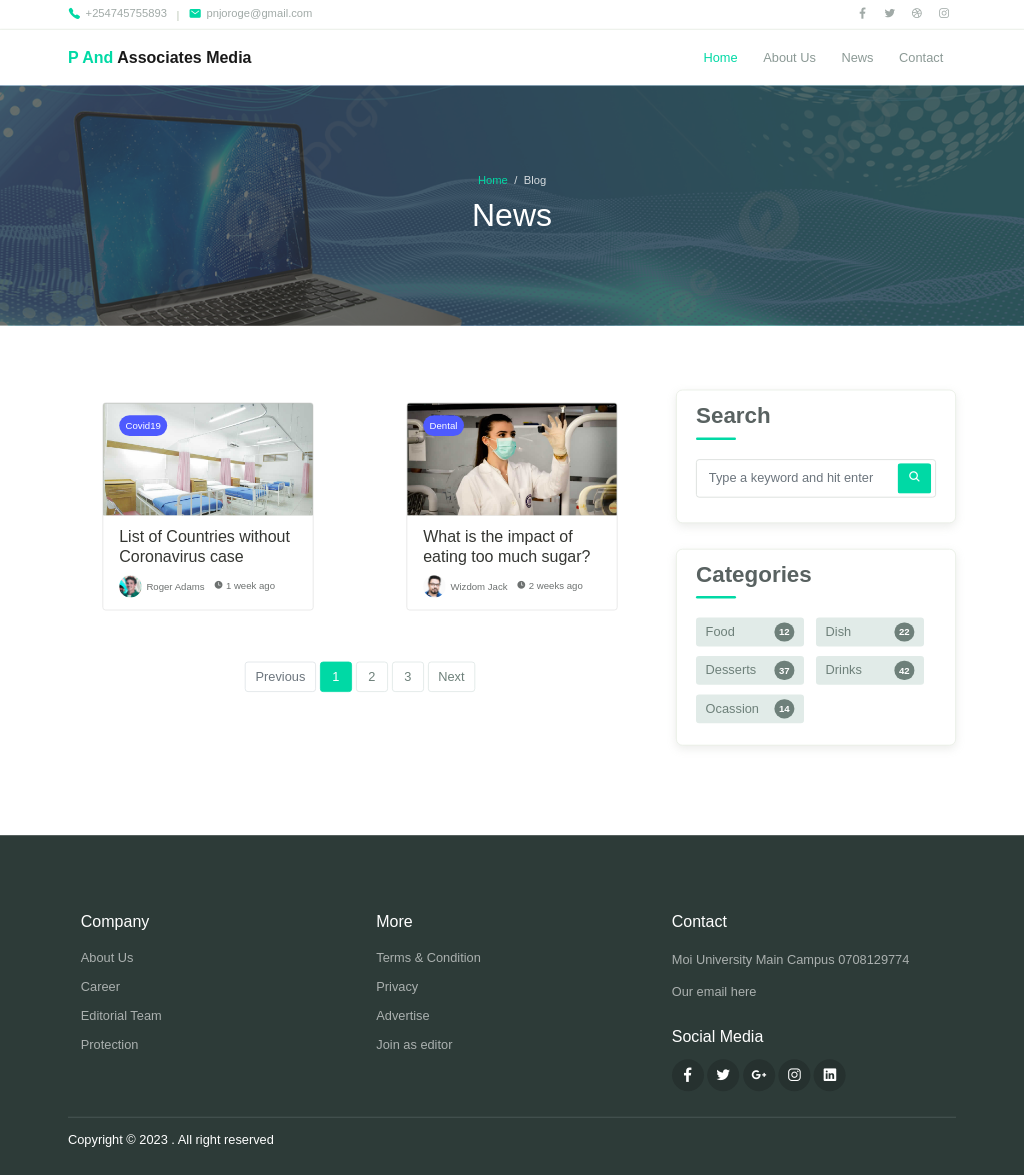
Repository: profbkmurage/myWeb
Page: html/blog.html
An editor plug-in stored every save of this project. The page is shown before and after the next save, followed by the edit.
The browser window is 1280 px wide. The pictures show the whole page, at 80% of full size.

Above is the page before, as saved 2023-12-11 14:21:54.

### html/blog.html
<!DOCTYPE html>
<html lang="en">
<head>
  <meta charset="UTF-8">
  <meta name="viewport" content="width=device-width, initial-scale=1.0">

  <meta http-equiv="X-UA-Compatible" content="ie=edge">

  <title>M&M Website</title>

  <link rel="stylesheet" href="../assets/css/maicons.css">

  <link rel="stylesheet" href="../assets/css/bootstrap.css">

  <link rel="stylesheet" href="../assets/vendor/owl-carousel/css/owl.carousel.css">

  <link rel="stylesheet" href="../assets/vendor/animate/animate.css">

  <link rel="stylesheet" href="../assets/css/theme.css">
</head>
<body>

  <!-- Back to top button -->
  <div class="back-to-top"></div>

  <header>
    <div class="topbar">
      <div class="container">
        <div class="row">
          <div class="col-sm-8 text-sm">
            <div class="site-info">
              <a href="tel:0745755893" ><span class="mai-call text-primary"></span> +254745755893</a>
              <span class="divider">|</span>
              <a href="#"><span class="mai-mail text-primary"></span> pnjoroge@gmail.com</a>
            </div>
          </div>
          <div class="col-sm-4 text-right text-sm">
            <div class="social-mini-button">
              <a href="#"><span class="mai-logo-facebook-f"></span></a>
              <a href="#"><span class="mai-logo-twitter"></span></a>
              <a href="#"><span class="mai-logo-dribbble"></span></a>
              <a href="#"><span class="mai-logo-instagram"></span></a>
            </div>
          </div>
        </div> <!-- .row -->
      </div> <!-- .container -->
    </div> <!-- .topbar -->

    <nav class="navbar navbar-expand-lg navbar-light shadow-sm">
      <div class="container">
        <a class="navbar-brand" href="#"><span class="text-primary">P And</span> Associates Media</a>

        <!-- <form action="#">
          <div class="input-group input-navbar">
            <div class="input-group-prepend">
              <span class="input-group-text" id="icon-addon1"><span class="mai-search"></span></span>
            </div>
            <input type="text" class="form-control" placeholder="Enter keyword.." aria-label="Username" aria-describedby="icon-addon1">
          </div>
        </form> -->

        <button class="navbar-toggler" type="button" data-toggle="collapse" data-target="#navbarSupport" aria-controls="navbarSupport" aria-expanded="false" aria-label="Toggle navigation">
          <span class="navbar-toggler-icon"></span>
        </button>

        <div class="collapse navbar-collapse" id="navbarSupport">
          <ul class="navbar-nav ml-auto">
            <li class="nav-item active">
              <a class="nav-link" href="index.html">Home</a>
            </li>
            <li class="nav-item">
              <a class="nav-link" href="about.html">About Us</a>
            </li>
            <!-- <li class="nav-item">
              <a class="nav-link" href="work.html">Our work</a>
            </li> -->
            <li class="nav-item">
              <a class="nav-link" href="blog.html">News</a>
            </li>
            <li class="nav-item">
              <a class="nav-link" href="contact.html">Contact</a>
            </li>
            <!-- <li class="nav-item">
              <a class="btn btn-primary ml-lg-3" href="#">Login / Register</a>
            </li> -->
          </ul>
        </div> <!-- .navbar-collapse -->
      </div> <!-- .container -->
    </nav>
  </header>

  <div class="page-banner overlay-dark bg-image" style="background-image: url(../assets/img/landing.jpg);">
    <div class="banner-section">
      <div class="container text-center wow fadeInUp">
        <nav aria-label="Breadcrumb">
          <ol class="breadcrumb breadcrumb-dark bg-transparent justify-content-center py-0 mb-2">
            <li class="breadcrumb-item"><a href="index.html">Home</a></li>
            <li class="breadcrumb-item active" aria-current="page">Blog</li>
          </ol>
        </nav>
        <h1 class="font-weight-normal">News</h1>
      </div> <!-- .container -->
    </div> <!-- .banner-section -->
  </div> <!-- .page-banner -->

  <div class="page-section">
    <div class="container">
      <div class="row">
        <div class="col-lg-8">
          <div class="row">
            <div class="col-sm-6 py-3">
              <div class="card-blog">
                <div class="header">
                  <div class="post-category">
                    <a href="#">Covid19</a>
                  </div>
                  <a href="blog-details" class="post-thumb">
                    <img src="../assets/img/blog/blog_1.jpg" alt="">
                  </a>
                </div>
                <div class="body">
                  <h5 class="post-title"><a href="blog-details.html">List of Countries without Coronavirus case</a></h5>
                  <div class="site-info">
                    <div class="avatar mr-2">
                      <div class="avatar-img">
                        <img src="../assets/img/person/person_1.jpg" alt="">
                      </div>
                      <span>Roger Adams</span>
                    </div>
                    <span class="mai-time"></span> 1 week ago
                  </div>
                </div>
              </div>
            </div>

            <div class="col-sm-6 py-3">
              <div class="card-blog">
                <div class="header">
                  <div class="post-category">
                    <a href="#">Dental</a>
                  </div>
                  <a href="blog-details" class="post-thumb">
                    <img src="../assets/img/blog/blog_3.jpg" alt="">
                  </a>
                </div>
                <div class="body">
                  <h5 class="post-title"><a href="blog-details.html">What is the impact of eating too much sugar?</a></h5>
                  <div class="site-info">
                    <div class="avatar mr-2">
                      <div class="avatar-img">
                        <img src="../assets/img/person/person_4.jpg" alt="">
                      </div>
                      <span>Wizdom Jack</span>
                    </div>
                    <span class="mai-time"></span> 2 weeks ago
                  </div>
                </div>
              </div>
            </div>

            <div class="col-12 my-5">
              <nav aria-label="Page Navigation">
                <ul class="pagination justify-content-center">
                  <li class="page-item disabled">
                    <a class="page-link" href="#" tabindex="-1" aria-disabled="true">Previous</a>
                  </li>
                  <li class="page-item active" aria-current="page">
                    <a class="page-link" href="#">1 <span class="sr-only">(current)</span></a>
                  </li>
                  <li class="page-item">
                    <a class="page-link" href="#">2</a>
                  </li>
                  <li class="page-item"><a class="page-link" href="#">3</a></li>
                  <li class="page-item">
                    <a class="page-link" href="#">Next</a>
                  </li>
                </ul>
              </nav>
            </div>
          </div> <!-- .row -->
        </div>
        <div class="col-lg-4">
          <div class="sidebar">
            <div class="sidebar-block">
              <h3 class="sidebar-title">Search</h3>
              <form action="#" class="search-form">
                <div class="form-group">
                  <input type="text" class="form-control" placeholder="Type a keyword and hit enter">
                  <button type="submit" class="btn"><span class="icon mai-search"></span></button>
                </div>
              </form>
            </div>
            <div class="sidebar-block">
              <h3 class="sidebar-title">Categories</h3>
              <ul class="categories">
                <li><a href="#">Food <span>12</span></a></li>
                <li><a href="#">Dish <span>22</span></a></li>
                <li><a href="#">Desserts <span>37</span></a></li>
                <li><a href="#">Drinks <span>42</span></a></li>
                <li><a href="#">Ocassion <span>14</span></a></li>
              </ul>
            </div>

            <!-- <div class="sidebar-block">
              <h3 class="sidebar-title">Recent Blog</h3>
              <div class="blog-item">
                <a class="post-thumb" href="">
                  <img src="../assets/img/blog/blog_1.jpg" alt="">
                </a>
                <div class="content">
                  <h5 class="post-title"><a href="#">Even the all-powerful Pointing has no control</a></h5>
                  <div class="meta">
                    <a href="#"><span class="mai-calendar"></span> July 12, 2018</a>
                    <a href="#"><span class="mai-person"></span> Admin</a>
                    <a href="#"><span class="mai-chatbubbles"></span> 19</a>
                  </div>
                </div>
              </div>
              <div class="blog-item">
                <a class="post-thumb" href="">
                  <img src="../assets/img/blog/blog_2.jpg" alt="">
                </a>
                <div class="content">
                  <h5 class="post-title"><a href="#">Even the all-powerful Pointing has no control</a></h5>
                  <div class="meta">
                    <a href="#"><span class="mai-calendar"></span> July 12, 2018</a>
                    <a href="#"><span class="mai-person"></span> Admin</a>
                    <a href="#"><span class="mai-chatbubbles"></span> 19</a>
                  </div>
                </div>
              </div>
              <div class="blog-item">
                <a class="post-thumb" href="">
                  <img src="../assets/img/blog/blog_3.jpg" alt="">
                </a>
                <div class="content">
                  <h5 class="post-title"><a href="#">Even the all-powerful Pointing has no control</a></h5>
                  <div class="meta">
                    <a href="#"><span class="mai-calendar"></span> July 12, 2018</a>
                    <a href="#"><span class="mai-person"></span> Admin</a>
                    <a href="#"><span class="mai-chatbubbles"></span> 19</a>
                  </div>
                </div>
              </div>
            </div>

            <div class="sidebar-block">
              <h3 class="sidebar-title">Tag Cloud</h3>
              <div class="tagcloud">
                <a href="#" class="tag-cloud-link">dish</a>
                <a href="#" class="tag-cloud-link">menu</a>
                <a href="#" class="tag-cloud-link">food</a>
                <a href="#" class="tag-cloud-link">sweet</a>
                <a href="#" class="tag-cloud-link">tasty</a>
                <a href="#" class="tag-cloud-link">delicious</a>
                <a href="#" class="tag-cloud-link">desserts</a>
                <a href="#" class="tag-cloud-link">drinks</a>
              </div>
            </div>

            <div class="sidebar-block">
              <h3 class="sidebar-title">Paragraph</h3>
              <p>Lorem ipsum dolor sit amet, consectetur adipisicing elit. Ducimus itaque, autem necessitatibus voluptate quod mollitia delectus aut, sunt placeat nam vero culpa sapiente consectetur similique, inventore eos fugit cupiditate numquam!</p>
            </div> -->
          </div>
        </div>
      </div> <!--row -->
    </div> <!-- .container -->
  </div> <!-- .page-section -->

   <footer class="page-footer">
    <div class="container">
      <div class="row px-md-3">
        <div class="col-sm-6 col-lg-4 py-3">
          <h5>Company</h5>
          <ul class="footer-menu">
            <li><a href="#">About Us</a></li>
            <li><a href="#">Career</a></li>
            <li><a href="#">Editorial Team</a></li>
            <li><a href="#">Protection</a></li>
          </ul>
        </div>
        <div class="col-sm-6 col-lg-4 py-3">
          <h5>More</h5>
          <ul class="footer-menu">
            <li><a href="#">Terms & Condition</a></li>
            <li><a href="#">Privacy</a></li>
            <li><a href="#">Advertise</a></li>
            <li><a href="#">Join as editor</a></li>
          </ul>
        </div>
        <!-- <div class="col-sm-6 col-lg-3 py-3">
          <h5>Our partner</h5>
          <ul class="footer-menu">
            <li><a href="#">One-Fitness</a></li>
            <li><a href="#">One-Drugs</a></li>
            <li><a href="#">One-Live</a></li>
          </ul>
        </div> -->
        <div class="col-sm-6 col-lg-4 py-3">
          <h5>Contact</h5>
          <p class="footer-link mt-2">Moi University Main Campus</p>
          <a href="#" class="footer-link">0708129774</a>
          <a href="#" class="footer-link">Our email here</a>

          <h5 class="mt-3">Social Media</h5>
          <div class="footer-sosmed mt-3">
            <a href="#" target="_blank"><span class="mai-logo-facebook-f"></span></a>
            <a href="#" target="_blank"><span class="mai-logo-twitter"></span></a>
            <a href="#" target="_blank"><span class="mai-logo-google-plus-g"></span></a>
            <a href="#" target="_blank"><span class="mai-logo-instagram"></span></a>
            <a href="#" target="_blank"><span class="mai-logo-linkedin"></span></a>
          </div>
        </div>
      </div>

      <hr>

      <p id="copyright">Copyright &copy; 2023 . All right reserved</p>
    </div>
  </footer>

<script src="../assets/js/jquery-3.5.1.min.js"></script>

<script src="../assets/js/bootstrap.bundle.min.js"></script>

<script src="../assets/vendor/owl-carousel/js/owl.carousel.min.js"></script>

<script src="../assets/vendor/wow/wow.min.js"></script>

<script src="../assets/js/theme.js"></script>

</body>
</html>

Loaded but not shown: assets/css/bootstrap.css (library); assets/vendor/owl-carousel/css/owl.carousel.css (library); assets/vendor/animate/animate.css (library); assets/js/jquery-3.5.1.min.js (library); assets/js/bootstrap.bundle.min.js (library); assets/vendor/owl-carousel/js/owl.carousel.min.js (library); assets/vendor/wow/wow.min.js (library); assets/js/theme.js (65 lines, source omitted); assets/css/maicons.css (2634 lines, source omitted); assets/css/theme.css (1836 lines, source omitted)

After the next save:
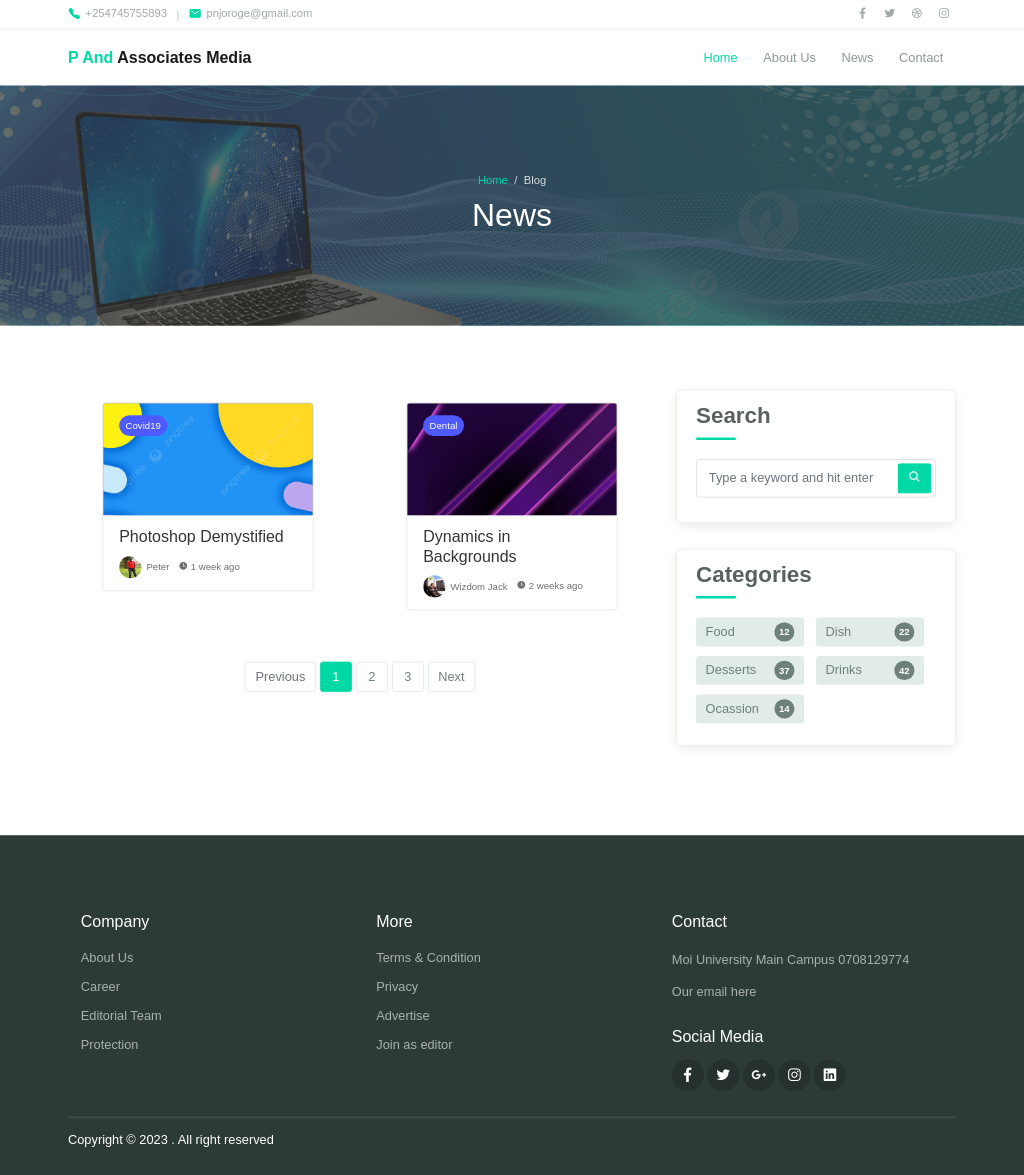
Saved 4 min 52 s later.
--- a/html/blog.html
+++ b/html/blog.html
@@ -115,17 +115,17 @@
                     <a href="#">Covid19</a>
                   </div>
                   <a href="blog-details" class="post-thumb">
-                    <img src="../assets/img/blog/blog_1.jpg" alt="">
+                    <img src="../assets/img/frontend.jpg" alt="">
                   </a>
                 </div>
                 <div class="body">
-                  <h5 class="post-title"><a href="blog-details.html">List of Countries without Coronavirus case</a></h5>
+                  <h5 class="post-title"><a href="blog-details.html">Photoshop Demystified</a></h5>
                   <div class="site-info">
                     <div class="avatar mr-2">
                       <div class="avatar-img">
-                        <img src="../assets/img/person/person_1.jpg" alt="">
+                        <img src="../assets/img/peter.jpg" alt="">
                       </div>
-                      <span>Roger Adams</span>
+                      <span>Peter</span>
                     </div>
                     <span class="mai-time"></span> 1 week ago
                   </div>
@@ -140,15 +140,15 @@
                     <a href="#">Dental</a>
                   </div>
                   <a href="blog-details" class="post-thumb">
-                    <img src="../assets/img/blog/blog_3.jpg" alt="">
+                    <img src="../assets/img/purple glowing.jpg" alt="">
                   </a>
                 </div>
                 <div class="body">
-                  <h5 class="post-title"><a href="blog-details.html">What is the impact of eating too much sugar?</a></h5>
+                  <h5 class="post-title"><a href="blog-details.html">Dynamics in Backgrounds</a></h5>
                   <div class="site-info">
                     <div class="avatar mr-2">
                       <div class="avatar-img">
-                        <img src="../assets/img/person/person_4.jpg" alt="">
+                        <img src="../assets/img/IMG-20211219-WA0004.jpg" alt="">
                       </div>
                       <span>Wizdom Jack</span>
                     </div>
